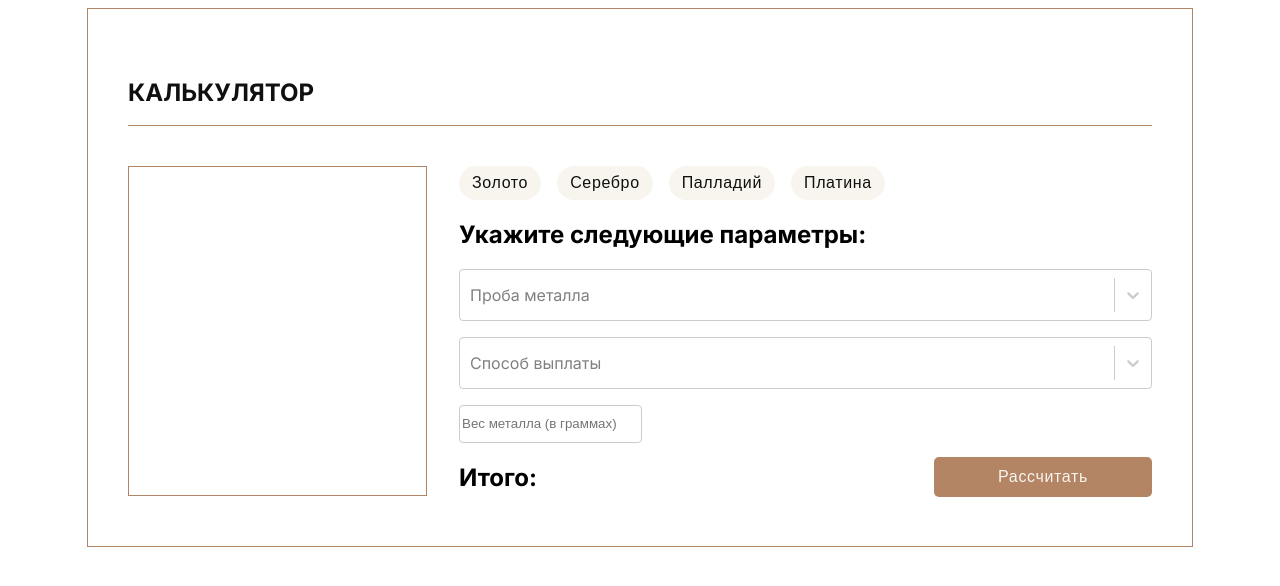
Repository: Kirill2034/Calculator-metal
Page: /
The author's editor kept a copy of each file at every save. The page is drawn from the files as they stood at one save, then again after the next save.
The browser window is 1280 px wide. The pictures show the whole page.
The project was rebuilt for these pictures with package versions that can differ from the ones it lists, and the page was loaded fresh each time.

Above is the page before, as saved 2021-11-27 19:04:28.

### public/index.html
<!DOCTYPE html>
<html lang="en">
  <head>
    <meta charset="utf-8" />
    <meta name="viewport" content="width=device-width, initial-scale=1" />

    <link rel="preconnect" href="https://fonts.googleapis.com">
    <link rel="preconnect" href="https://fonts.gstatic.com" crossorigin>
    <link href="https://fonts.googleapis.com/css2?family=Inter:wght@300;400;500;700&display=swap" rel="stylesheet">

    <title>Калькулятор</title>
  </head>
  <body>
    <div id="root"></div>
  </body>
</html>

### src/App.js
import React, { useState } from 'react';
import './App.css';
import {BtnRadio} from './components/BtnRadio';
import Select from 'react-select';

const metals = [
  {
    id: 1,
    code: "gold",
    title: "Золото",
    finenessList: [
      {id: 1, value: 375, cash: 90, checkingAccount: 100},
      {id: 1, value: 575, cash: 190, checkingAccount: 250}
    ]
  },
  {
    id: 2,
    code: "argent",
    title: "Серебро",
    finenessList: [
      {id: 1, value: 375, cash: 90, checkingAccount: 100},
      {id: 1, value: 575, cash: 190, checkingAccount: 250}
    ]
  },
  {
    id: 3,
    code: "palladium",
    title: "Палладий",
    finenessList: [
      {id: 1, value: 375, cash: 90, checkingAccount: 100},
      {id: 1, value: 575, cash: 190, checkingAccount: 250}
    ]
  },
  {
    id: 4,
    code: "platinum",
    title: "Платина",
    finenessList: [
      {id: 1, value: 375, cash: 90, checkingAccount: 100},
      {id: 1, value: 575, cash: 190, checkingAccount: 250}
    ]
  },
]

const App = () => {

  const [selectedMetalId, setselectedMetalId] = useState(null);

  const onMetalItemClick = (id) => {
    setselectedMetalId(id);
  };

  return (
    <div className="App">
      <div className="title">
        <h2>Калькулятор</h2>
      </div>
      <div className="calculator">
        <div className="metal-image"></div>
        <div className="content">
          <div className="check-metal">
            {metals.map((metal) => (
            <BtnRadio
              key={metal.id}
              item={metal}
              selected={selectedMetalId === metal.id}
              onClick={onMetalItemClick}
              />
          ))}
          </div>
          <div className="select-prop-metal">
            <h2>Укажите следующие параметры:</h2>
            <Select className="select" options={metals.forEach((metal) => metal.title)} placeholder="Проба металла"/>
            <Select className="select" options={metals.forEach((metal) => metal.title)} placeholder="Способ выплаты"/>
            <input type="text" placeholder="Вес металла (в граммах)"/>
          </div>
          <div className="calculate">
            <h2>Итого:</h2>
            <button>Рассчитать</button>
          </div>
        </div>
      </div>
    </div>
  );
}

export default App;

### src/App.css
.App {width: 1024px; height: 537px; border: 1px solid #B48565; margin: 0 auto; font-family: 'Inter', sans-serif; padding: 0 40px;}
.App .title {border-bottom: 1px solid #B48565; text-transform: uppercase; font-weight: 900; font-size: 16px; line-height: 24px; color: #101010; margin-top: 72px; margin-bottom: 40px;}

.App .calculator {display: flex;}
.App .calculator .metal-image {width: 30%; height: 328px; border: 1px solid #B48565; margin-right: 32px;}
.App .calculator .content {width: 70%;}
.App .calculator .calculate {display: flex; align-items: center; justify-content: space-between}
.App .calculator .calculate button {border: none; box-shadow: none; outline: none; background: #B48565; border-radius: 5px; font-weight: normal; font-size: 16px; line-height: 24px; letter-spacing: 0.04em; color: #F8F5EE; padding: 8px 64px; cursor: pointer;}
.App .calculator .select-prop-metal input {-webkit-box-align: center; align-items: center; background-color: hsl(0, 0%, 100%); border-color: hsl(0, 0%, 80%); border-radius: 4px; border-style: solid; border-width: 1px; cursor: default; display: flex; flex-wrap: wrap; -webkit-box-pack: justify; justify-content: space-between; min-height: 38px; outline: 0!important; position: relative; transition: all 100ms; box-sizing: border-box; padding-bottom: 2px; padding-top: 2px;}
.App .select {margin-bottom: 16px;}

### src/components/BtnRadio/index.js
import BtnRadio from './BtnRadio.js';
export {BtnRadio};

### src/components/BtnRadio/BtnRadio.js
import React from 'react';
import './BtnRadio.css';
import cn from "classnames";

const BtnRadio = ({item, selected, onClick}) => {
    return (
        <button
            className={cn("BtnRadio", {selected})}
            onClick={() => onClick(item.id)}
        >{item.title}</button>
    )
}

export default BtnRadio;

### src/components/BtnRadio/BtnRadio.css
.BtnRadio {border: 1px solid transparent; box-shadow: none; outline: none; background: #F8F5EE; border-radius: 100px; padding: 4px 12px; color: #101010; font-weight: normal; font-size: 16px; line-height: 24px; letter-spacing: 0.04em; margin-right: 16px; cursor: pointer;}
.BtnRadio:hover {border: 1px solid #B48565; cursor: pointer;}
.BtnRadio.selected {color: #F8F5EE; background: #B48565;}

Loaded but not shown: src/index.js (common file)

After the next save:
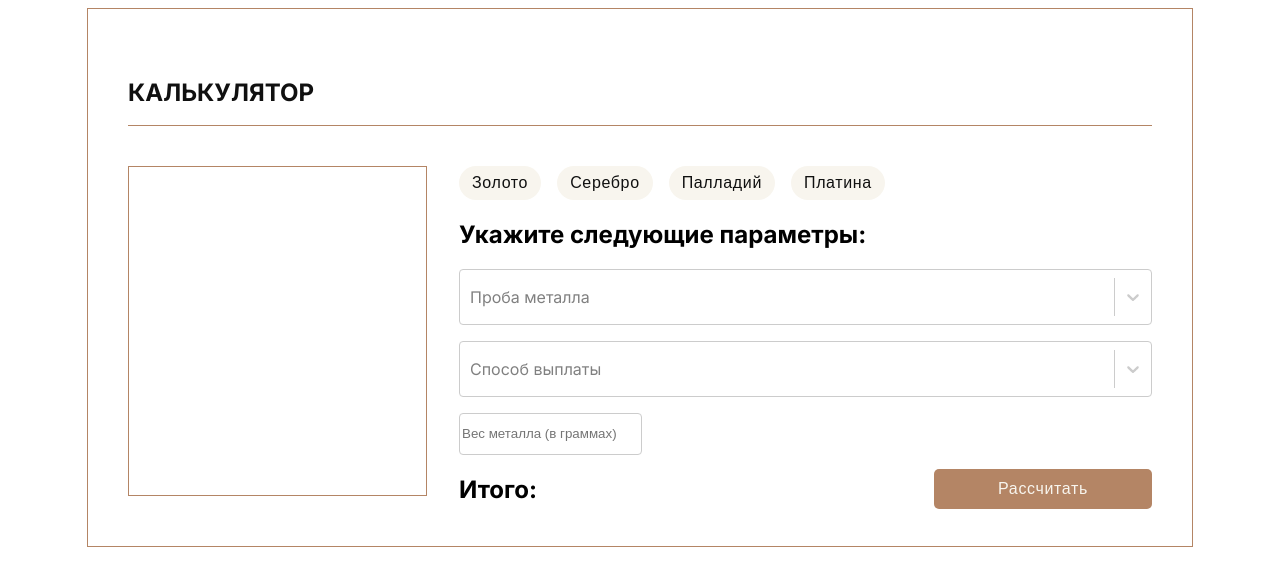
Saved 22 s later.
--- a/src/App.css
+++ b/src/App.css
@@ -6,5 +6,5 @@
 .App .calculator .content {width: 70%;}
 .App .calculator .calculate {display: flex; align-items: center; justify-content: space-between}
 .App .calculator .calculate button {border: none; box-shadow: none; outline: none; background: #B48565; border-radius: 5px; font-weight: normal; font-size: 16px; line-height: 24px; letter-spacing: 0.04em; color: #F8F5EE; padding: 8px 64px; cursor: pointer;}
-.App .calculator .select-prop-metal input {-webkit-box-align: center; align-items: center; background-color: hsl(0, 0%, 100%); border-color: hsl(0, 0%, 80%); border-radius: 4px; border-style: solid; border-width: 1px; cursor: default; display: flex; flex-wrap: wrap; -webkit-box-pack: justify; justify-content: space-between; min-height: 38px; outline: 0!important; position: relative; transition: all 100ms; box-sizing: border-box; padding-bottom: 2px; padding-top: 2px;}
+.App .calculator .select-prop-metal input {-webkit-box-align: center; align-items: center; background-color: hsl(0, 0%, 100%); border-color: hsl(0, 0%, 80%); border-radius: 4px; border-style: solid; border-width: 1px; cursor: default; display: flex; flex-wrap: wrap; -webkit-box-pack: justify; justify-content: space-between; min-height: 38px; outline: 0!important; position: relative; transition: all 100ms; box-sizing: border-box; height: 42px;}
 .App .select {margin-bottom: 16px;}
